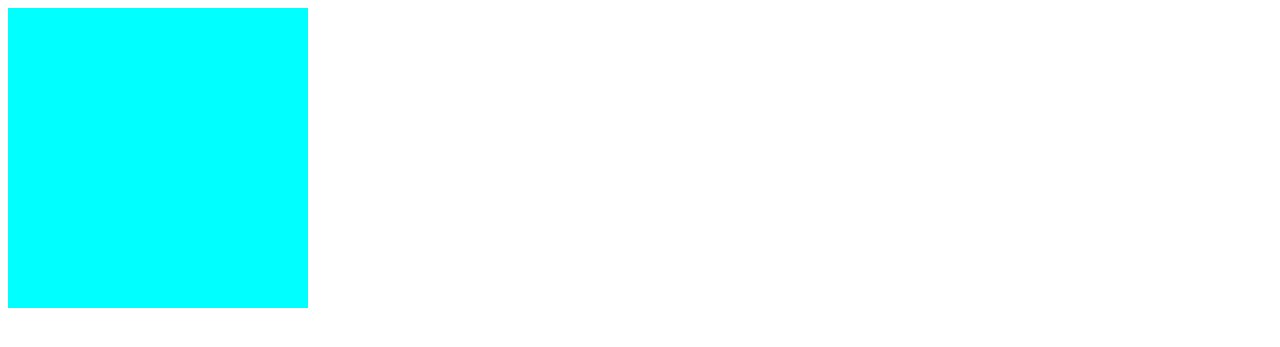
Repository: MintuKrishnan/subrahmanyam-batch
Page: front-end/position/index.html
The author's editor kept a copy of each file at every save. The page is drawn from the files as they stood at one save, then again after the next save.
The browser window is 1280 px wide. The pictures show the whole page.

Above is the page before, as saved 2021-03-08 10:09:50.

After the next save:
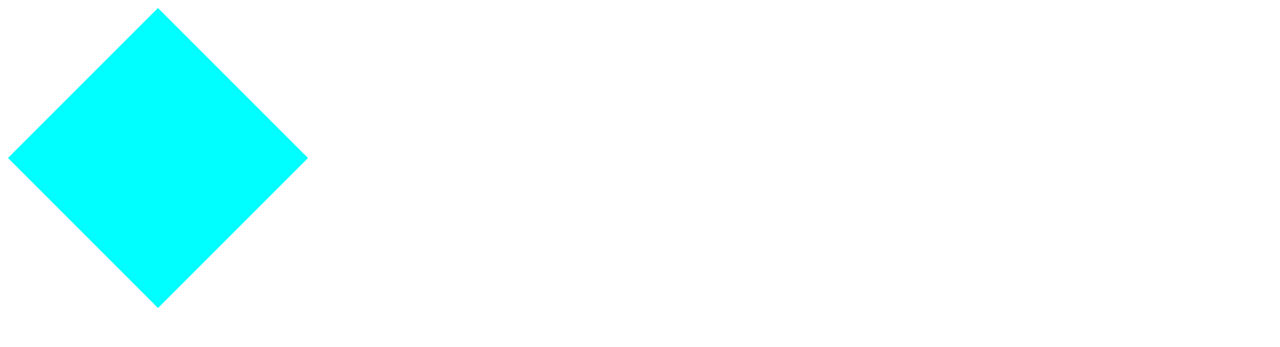
Saved 24 s later.
--- a/front-end/position/style.css
+++ b/front-end/position/style.css
@@ -50,4 +50,5 @@
   height: 300px;
   width: 300px;
   background-color: aqua;
+  clip-path: polygon(50% 0, 100% 50%, 50% 100%, 0 50%);
 }

After the save that followed:
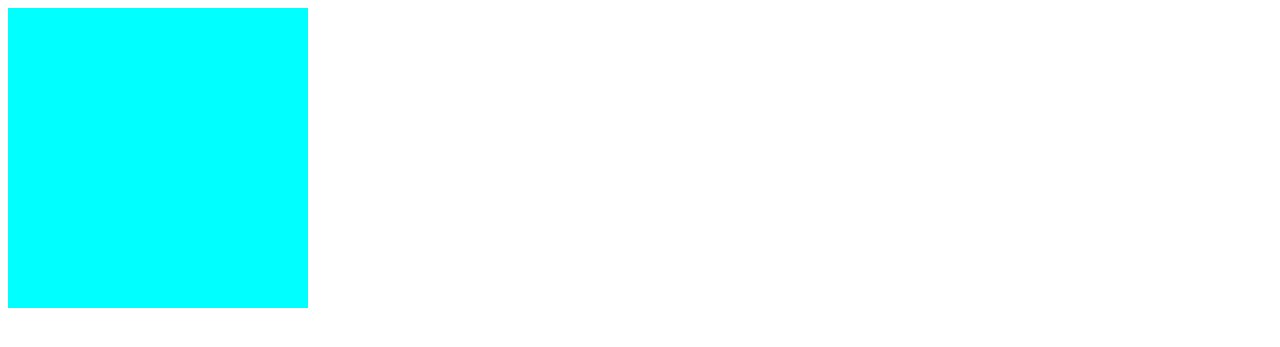
Saved 40 s later.
--- a/front-end/position/style.css
+++ b/front-end/position/style.css
@@ -50,5 +50,5 @@
   height: 300px;
   width: 300px;
   background-color: aqua;
-  clip-path: polygon(50% 0, 100% 50%, 50% 100%, 0 50%);
+  /* clip-path: polygon(50% 0, 100% 50%, 50% 100%, 0 50%); */
 }
